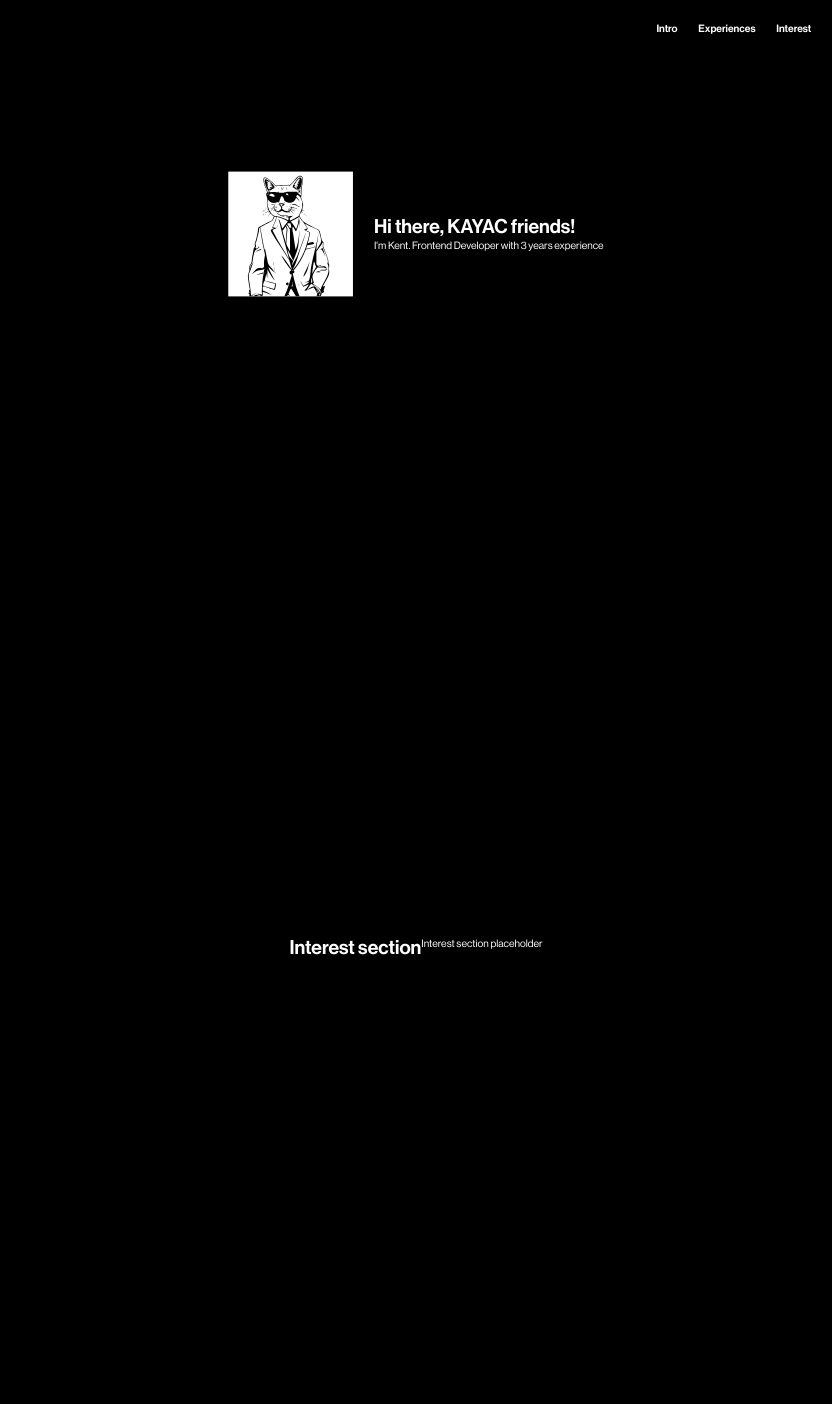
Repository: kentnathaniel/kayac-presentation
Page: /
An editor plug-in stored every save of this project. The page is shown before and after the next save, followed by the edit.
The browser window is 1280 px wide. The pictures show the whole page, at 65% of full size.
The project was rebuilt for these pictures with package versions that can differ from the ones it lists, and the page was loaded fresh each time. Also part of the build but not shown: vite.config.ts.

Above is the page before, as saved 2024-09-14 09:23:46.

### src/App.tsx
import SmartCat from "./assets/smart-cat-suits.svg?react";

function App() {
  return (
    <div className="flex flex-col min-h-screen overflow-x-hidden">
      <nav className="flex w-screen fixed top-0 gap-8 p-8 justify-end">
        <a className="cursor-pointer">Intro</a>
        <a className="cursor-pointer">Experiences</a>
        <a className="cursor-pointer">Interest</a>
      </nav>

      <div className="flex justify-center mx-auto h-screen overflow-x-hidden">
        <div className="flex h-fit gap-8 items-center my-auto">
          <div className="bg-white w-fit">
            <SmartCat className="text-white w-48 h-48" />
          </div>
          <div>
            <h1 className="text-3xl text-left">Hi there, KAYAC friends!</h1>
            <p className="font-thin">
              I'm Kent. Frontend Developer with 3 years experience
            </p>
          </div>
        </div>
      </div>

      <div className="flex justify-center h-screen overflow-x-hidden">
        <div className="flex h-fit gap-8 items-center my-auto"></div>
      </div>

      <div className="flex justify-center h-screen overflow-x-hidden">
        <h1 className="text-3xl text-left">Interest section</h1>
        <p className="font-thin">Interest section placeholder</p>
      </div>
    </div>
  );
}

export default App;

### src/index.css
@tailwind base;
@tailwind components;
@tailwind utilities;

body {
  background-color: black;
  color: white;
}

/* Thin */
@font-face {
  font-family: "Neue-Haas-Grotesk";
  src: url("./assets/fonts/NeueHaasDisplayRoman.ttf") format("truetype");
  font-weight: 300;
  font-style: normal;
}

@font-face {
  font-family: "Neue-Haas-Grotesk";
  src: url("./assets/fonts/NeueHaasDisplayRomanItalic.ttf") format("truetype");
  font-weight: 300;
  font-style: italic;
}

/* Mediums */
@font-face {
  font-family: "Neue-Haas-Grotesk";
  src: url("./assets/fonts/NeueHaasDisplayMedium.ttf") format("truetype");
  font-weight: 400;
  font-style: normal;
}

@font-face {
  font-family: "Neue-Haas-Grotesk";
  src: url("./assets/fonts/NeueHaasDisplayMediumItalic.ttf") format("truetype");
  font-weight: 400;
  font-style: italic;
}

/* Bolds */
@font-face {
  font-family: "Neue-Haas-Grotesk";
  src: url("./assets/fonts/NeueHaasDisplayBold.ttf") format("truetype");
  font-weight: 700;
  font-style: normal;
}

@font-face {
  font-family: "Neue-Haas-Grotesk";
  src: url("./assets/fonts/NeueHaasDisplayBoldItalic.ttf") format("truetype");
  font-weight: 700;
  font-style: italic;
}

body {
  font-family: "Neue-Haas-Grotesk", Arial, Helvetica, sans-serif;
}

### tailwind.config.ts
/** @type {import('tailwindcss').Config} */
export default {
  content: ["./index.html", "./src/**/*.{js,ts,jsx,tsx}"],
  theme: {
    extend: {
      fontFamily: {
        custom: ["Neue-Haas-Grotesk"],
      },
    },
  },
  plugins: [],
};

Loaded but not shown: index.html (common file); src/main.tsx (common file)

After the next save:
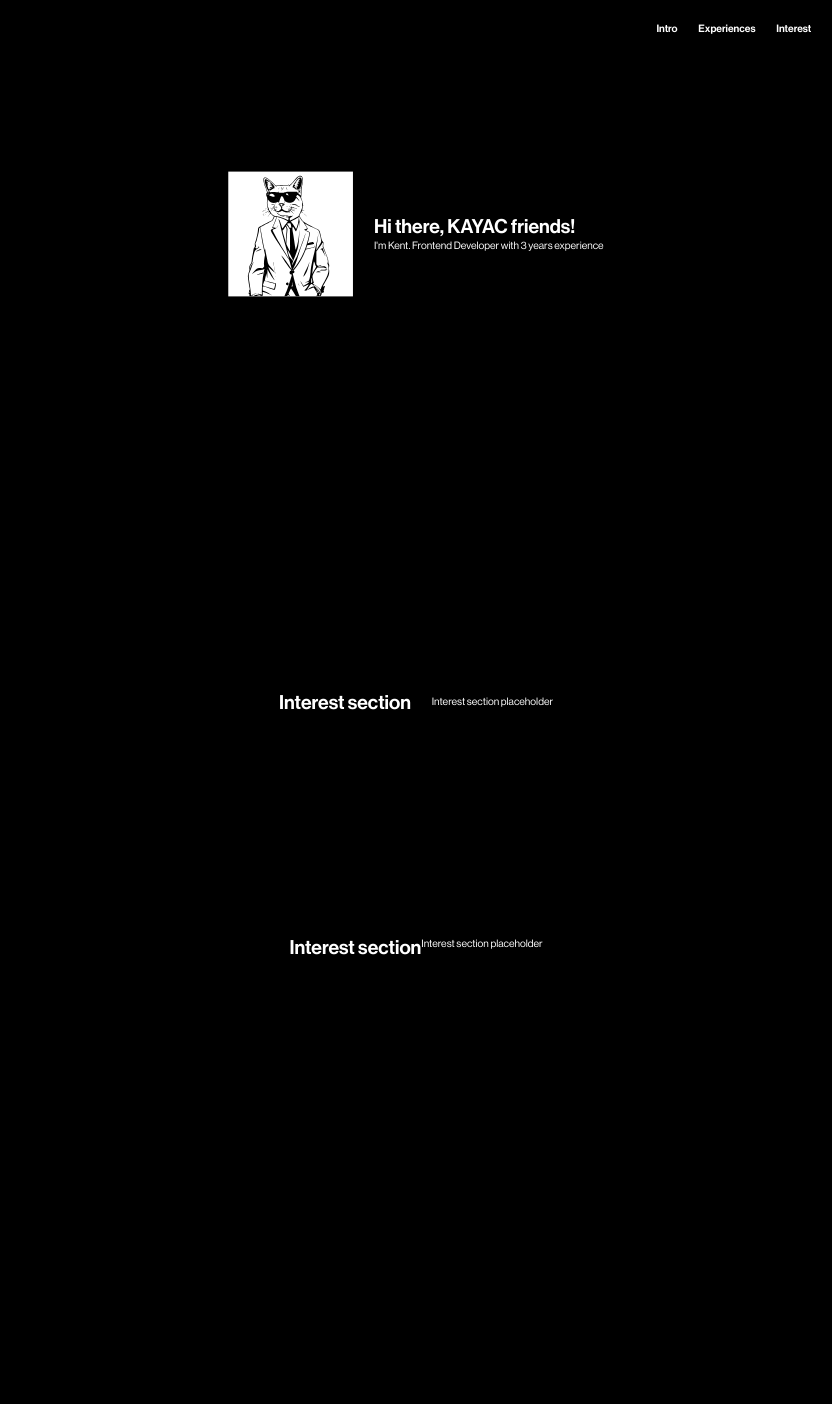
Saved 6 s later.
--- a/src/App.tsx
+++ b/src/App.tsx
@@ -24,7 +24,10 @@
       </div>
 
       <div className="flex justify-center h-screen overflow-x-hidden">
-        <div className="flex h-fit gap-8 items-center my-auto"></div>
+        <div className="flex h-fit gap-8 items-center my-auto">
+          <h1 className="text-3xl text-left">Interest section</h1>
+          <p className="font-thin">Interest section placeholder</p>
+        </div>
       </div>
 
       <div className="flex justify-center h-screen overflow-x-hidden">
